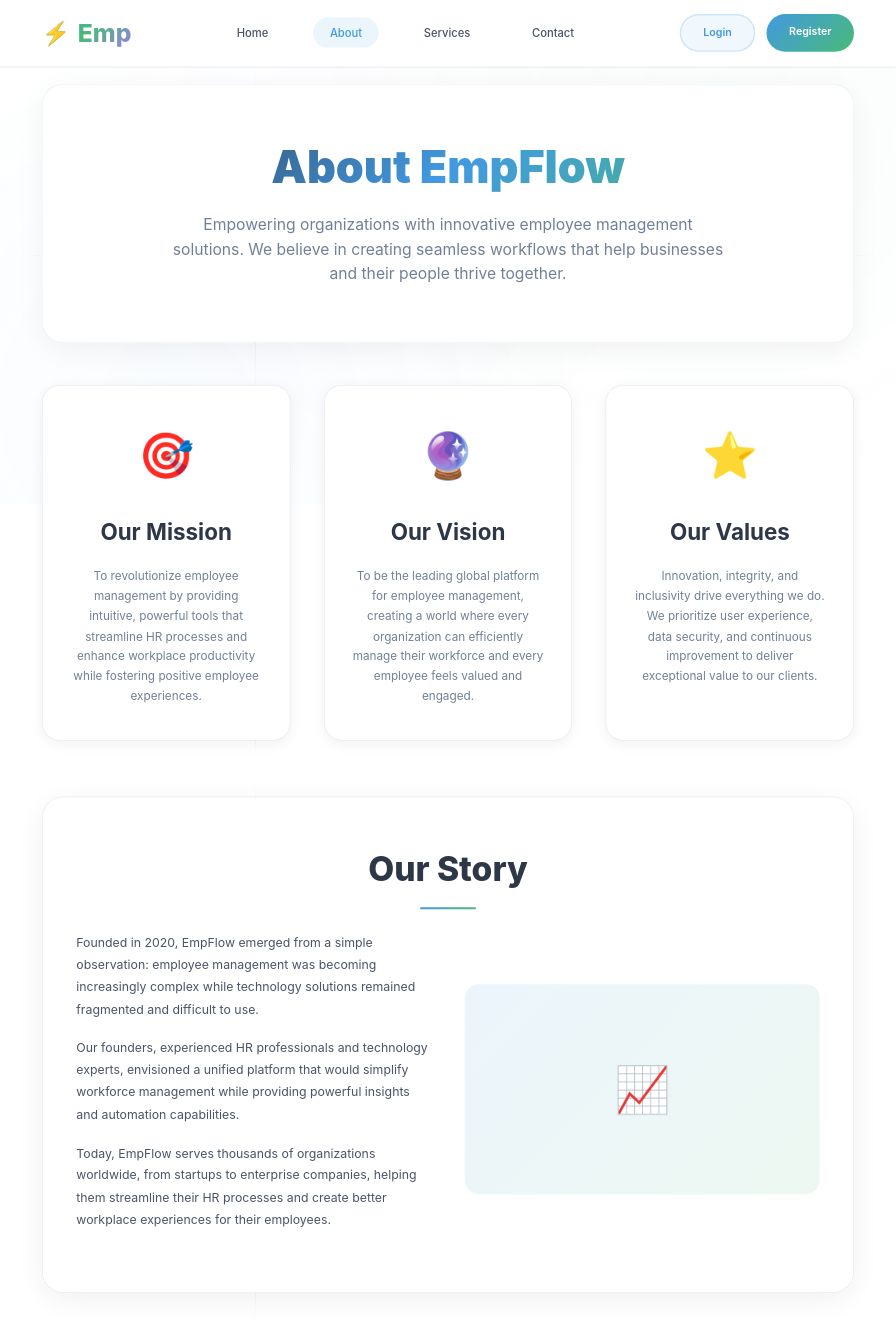
Repository: Shwetannarkhede/EmployeeHub
Page: EmployeeManagemntSystem/src/main/webapp/about.html
The author's editor kept a copy of each file at every save. The page is drawn from the files as they stood at one save, then again after the next save.
The browser window is 1280 px wide. The pictures show the part of the page from y = 0 to 1920 px (the page is 3889 px tall), at 70% of full size.

Above is the page before, as saved 2025-09-22 17:19:47.

### EmployeeManagemntSystem/src/main/webapp/about.html
<!DOCTYPE html>
<html lang="en">
<head>
    <meta charset="UTF-8">
    <meta name="viewport" content="width=device-width, initial-scale=1.0">
    <title>EmpFlow - About Us</title>
    <style>
        * {
            margin: 0;
            padding: 0;
            box-sizing: border-box;
        }

        body {
            font-family: 'Inter', -apple-system, BlinkMacSystemFont, 'Segoe UI', sans-serif;
            line-height: 1.6;
            color: #2d3748;
            background: #ffffff;
            min-height: 100vh;
            position: relative;
            overflow-x: hidden;
        }

        body::before {
            content: '';
            position: fixed;
            top: 0;
            left: 0;
            width: 100%;
            height: 100%;
            background: radial-gradient(circle at 20% 80%, rgba(66, 153, 225, 0.03) 0%, transparent 50%),
                        radial-gradient(circle at 80% 20%, rgba(72, 187, 120, 0.03) 0%, transparent 50%),
                        radial-gradient(circle at 40% 40%, rgba(159, 122, 234, 0.02) 0%, transparent 50%);
            z-index: -1;
        }

        .container {
            max-width: 1200px;
            margin: 0 auto;
            padding: 0 20px;
        }

        /* Header */
        header {
            background: rgba(255, 255, 255, 0.98);
            backdrop-filter: blur(20px);
            border-bottom: 1px solid rgba(226, 232, 240, 0.8);
            padding: 1.2rem 0;
            position: fixed;
            width: 100%;
            top: 0;
            z-index: 1000;
            transition: all 0.3s cubic-bezier(0.4, 0, 0.2, 1);
            box-shadow: 0 1px 3px rgba(0, 0, 0, 0.08);
        }

        nav {
            display: flex;
            justify-content: space-between;
            align-items: center;
        }

        .logo {
            font-size: 2.2rem;
            font-weight: 800;
            color: #2d3748;
            text-decoration: none;
            display: flex;
            align-items: center;
            gap: 0.7rem;
            background: linear-gradient(135deg, #4299e1, #48bb78, #9f7aea);
            -webkit-background-clip: text;
            -webkit-text-fill-color: transparent;
            background-clip: text;
        }

        .logo::before {
            content: "⚡";
            font-size: 2rem;
            -webkit-text-fill-color: #4299e1;
        }

        .nav-links {
            display: flex;
            list-style: none;
            gap: 2.5rem;
        }

        .nav-links a {
            color: #4a5568;
            text-decoration: none;
            transition: all 0.3s ease;
            padding: 0.7rem 1.5rem;
            border-radius: 50px;
            font-weight: 500;
            position: relative;
        }

        .nav-links a::before {
            content: '';
            position: absolute;
            top: 0;
            left: 0;
            width: 100%;
            height: 100%;
            background: linear-gradient(135deg, rgba(66, 153, 225, 0.08), rgba(72, 187, 120, 0.08));
            border-radius: 50px;
            opacity: 0;
            transition: opacity 0.3s ease;
        }

        .nav-links a:hover::before {
            opacity: 1;
        }

        .nav-links a:hover {
            color: #2d3748;
            transform: translateY(-2px);
        }

        .nav-links a.active {
            color: #4299e1;
            background: rgba(66, 153, 225, 0.1);
        }

        .auth-buttons {
            display: flex;
            gap: 1rem;
        }

        .btn-nav {
            padding: 0.8rem 2rem;
            border-radius: 50px;
            text-decoration: none;
            font-weight: 600;
            transition: all 0.3s cubic-bezier(0.4, 0, 0.2, 1);
            border: none;
            cursor: pointer;
            font-size: 0.95rem;
        }

        .btn-login {
            background: rgba(66, 153, 225, 0.08);
            color: #4299e1;
            border: 2px solid rgba(66, 153, 225, 0.2);
        }

        .btn-register {
            background: linear-gradient(135deg, #4299e1, #48bb78);
            color: #fff;
        }

        .btn-nav:hover {
            transform: translateY(-3px);
            box-shadow: 0 10px 25px rgba(0, 0, 0, 0.12);
        }

        /* Main Content */
        main {
            padding-top: 120px;
            padding-bottom: 60px;
        }

        /* Hero Section */
        .about-hero {
            background: #ffffff;
            margin-bottom: 60px;
            border-radius: 30px;
            padding: 5rem 3rem;
            text-align: center;
            border: 1px solid rgba(226, 232, 240, 0.6);
            animation: fadeInUp 1.2s cubic-bezier(0.4, 0, 0.2, 1);
            position: relative;
            overflow: hidden;
            box-shadow: 0 10px 40px rgba(0, 0, 0, 0.05);
        }

        .about-hero::before {
            content: '';
            position: absolute;
            top: 0;
            left: 0;
            width: 100%;
            height: 100%;
            background: linear-gradient(135deg, rgba(66, 153, 225, 0.02), rgba(72, 187, 120, 0.02), rgba(159, 122, 234, 0.01));
            border-radius: 30px;
            z-index: -1;
        }

        .about-hero h1 {
            font-size: 4rem;
            font-weight: 900;
            margin-bottom: 1.5rem;
            background: linear-gradient(135deg, #2d3748, #4299e1, #48bb78);
            -webkit-background-clip: text;
            -webkit-text-fill-color: transparent;
            background-clip: text;
            line-height: 1.2;
        }

        .about-hero p {
            font-size: 1.4rem;
            color: #718096;
            max-width: 800px;
            margin: 0 auto;
            line-height: 1.6;
        }

        /* Mission Vision Values */
        .mvv-section {
            display: grid;
            grid-template-columns: repeat(auto-fit, minmax(350px, 1fr));
            gap: 3rem;
            margin-bottom: 5rem;
        }

        .mvv-card {
            background: #ffffff;
            border-radius: 25px;
            padding: 3rem 2.5rem;
            text-align: center;
            border: 1px solid rgba(226, 232, 240, 0.8);
            transition: all 0.4s cubic-bezier(0.4, 0, 0.2, 1);
            position: relative;
            overflow: hidden;
            box-shadow: 0 5px 20px rgba(0, 0, 0, 0.06);
            animation: fadeInUp 0.8s cubic-bezier(0.4, 0, 0.2, 1);
        }

        .mvv-card::before {
            content: '';
            position: absolute;
            top: -2px;
            left: -2px;
            right: -2px;
            bottom: -2px;
            background: linear-gradient(135deg, #4299e1, #48bb78, #9f7aea);
            border-radius: 25px;
            z-index: -2;
            opacity: 0;
            transition: opacity 0.4s ease;
        }

        .mvv-card::after {
            content: '';
            position: absolute;
            top: 0;
            left: 0;
            right: 0;
            bottom: 0;
            background: #ffffff;
            border-radius: 25px;
            z-index: -1;
        }

        .mvv-card:hover {
            transform: translateY(-10px);
            box-shadow: 0 20px 40px rgba(0, 0, 0, 0.12);
        }

        .mvv-card:hover::before {
            opacity: 1;
        }

        .mvv-icon {
            font-size: 4rem;
            margin-bottom: 2rem;
            display: block;
        }

        .mvv-card h3 {
            font-size: 2rem;
            font-weight: 700;
            margin-bottom: 1.5rem;
            color: #2d3748;
        }

        .mvv-card p {
            color: #718096;
            line-height: 1.7;
            font-size: 1.05rem;
        }

        /* Story Section */
        .story-section {
            background: #ffffff;
            border-radius: 30px;
            padding: 4rem 3rem;
            margin-bottom: 5rem;
            border: 1px solid rgba(226, 232, 240, 0.8);
            box-shadow: 0 10px 40px rgba(0, 0, 0, 0.06);
            animation: fadeInUp 0.8s cubic-bezier(0.4, 0, 0.2, 1) 0.4s both;
        }

        .story-section h2 {
            font-size: 3rem;
            font-weight: 800;
            margin-bottom: 2rem;
            color: #2d3748;
            text-align: center;
        }

        .story-section h2::after {
            content: '';
            display: block;
            width: 80px;
            height: 3px;
            background: linear-gradient(90deg, #4299e1, #48bb78);
            margin: 1rem auto;
            border-radius: 2px;
        }

        .story-content {
            display: grid;
            grid-template-columns: 1fr 1fr;
            gap: 3rem;
            align-items: center;
        }

        .story-text {
            font-size: 1.1rem;
            color: #4a5568;
            line-height: 1.8;
        }

        .story-text p {
            margin-bottom: 1.5rem;
        }

        .story-image {
            background: linear-gradient(135deg, rgba(66, 153, 225, 0.1), rgba(72, 187, 120, 0.1));
            border-radius: 20px;
            height: 300px;
            display: flex;
            align-items: center;
            justify-content: center;
            font-size: 4rem;
            color: #718096;
        }

        /* Team Section */
        .team-section {
            margin-bottom: 5rem;
        }

        .team-section h2 {
            text-align: center;
            font-size: 3rem;
            font-weight: 800;
            margin-bottom: 1rem;
            color: #2d3748;
        }

        .team-subtitle {
            text-align: center;
            color: #718096;
            font-size: 1.2rem;
            margin-bottom: 4rem;
        }

        .team-grid {
            display: grid;
            grid-template-columns: repeat(auto-fit, minmax(300px, 1fr));
            gap: 2.5rem;
        }

        .team-member {
            background: #ffffff;
            border-radius: 20px;
            padding: 2.5rem 2rem;
            text-align: center;
            border: 1px solid rgba(226, 232, 240, 0.8);
            transition: all 0.4s ease;
            box-shadow: 0 5px 20px rgba(0, 0, 0, 0.06);
            animation: fadeInUp 0.8s cubic-bezier(0.4, 0, 0.2, 1);
        }

        .team-member:hover {
            transform: translateY(-8px);
            box-shadow: 0 15px 35px rgba(0, 0, 0, 0.1);
        }

        .member-avatar {
            width: 120px;
            height: 120px;
            border-radius: 50%;
            background: linear-gradient(135deg, #4299e1, #48bb78);
            margin: 0 auto 1.5rem;
            display: flex;
            align-items: center;
            justify-content: center;
            font-size: 3rem;
            color: white;
        }

        .member-name {
            font-size: 1.5rem;
            font-weight: 700;
            color: #2d3748;
            margin-bottom: 0.5rem;
        }

        .member-role {
            color: #4299e1;
            font-weight: 600;
            margin-bottom: 1rem;
        }

        .member-bio {
            color: #718096;
            line-height: 1.6;
            font-size: 0.95rem;
        }

        /* Stats Section */
        .stats-section {
            background: #ffffff;
            border-radius: 30px;
            padding: 4rem 3rem;
            margin-bottom: 4rem;
            border: 1px solid rgba(226, 232, 240, 0.8);
            position: relative;
            overflow: hidden;
            box-shadow: 0 10px 40px rgba(0, 0, 0, 0.06);
            animation: fadeInUp 0.8s cubic-bezier(0.4, 0, 0.2, 1) 0.6s both;
        }

        .stats-section::before {
            content: '';
            position: absolute;
            top: 0;
            left: 0;
            width: 100%;
            height: 100%;
            background: linear-gradient(135deg, rgba(66, 153, 225, 0.02), rgba(72, 187, 120, 0.02));
            z-index: -1;
        }

        .stats-grid {
            display: grid;
            grid-template-columns: repeat(auto-fit, minmax(200px, 1fr));
            gap: 3rem;
            text-align: center;
        }

        .stat-item {
            transition: all 0.3s ease;
        }

        .stat-item:hover {
            transform: scale(1.05);
        }

        .stat-item h3 {
            font-size: 3.5rem;
            font-weight: 900;
            margin-bottom: 0.8rem;
            background: linear-gradient(135deg, #4299e1, #48bb78);
            -webkit-background-clip: text;
            -webkit-text-fill-color: transparent;
            background-clip: text;
        }

        .stat-item p {
            color: #4a5568;
            font-size: 1.2rem;
            font-weight: 600;
        }

        /* Footer */
        footer {
            background: rgba(45, 55, 72, 0.98);
            color: #fff;
            padding: 4rem 0 2rem;
            border-top: 1px solid rgba(226, 232, 240, 0.2);
            margin-top: 5rem;
        }

        .footer-content {
            display: grid;
            grid-template-columns: repeat(auto-fit, minmax(250px, 1fr));
            gap: 3rem;
            margin-bottom: 3rem;
        }

        .footer-section h4 {
            color: #4299e1;
            margin-bottom: 1.5rem;
            font-size: 1.3rem;
            font-weight: 700;
        }

        .footer-section p, .footer-section a {
            color: rgba(255, 255, 255, 0.8);
            text-decoration: none;
            line-height: 2;
            transition: color 0.3s ease;
        }

        .footer-section a:hover {
            color: #48bb78;
        }

        .footer-bottom {
            text-align: center;
            padding-top: 2rem;
            border-top: 1px solid rgba(255, 255, 255, 0.1);
            color: rgba(255, 255, 255, 0.6);
        }

        /* Animations */
        @keyframes fadeInUp {
            from {
                opacity: 0;
                transform: translateY(30px);
            }
            to {
                opacity: 1;
                transform: translateY(0);
            }
        }

        /* Responsive Design */
        @media (max-width: 768px) {
            .nav-links {
                display: none;
            }

            .auth-buttons {
                flex-direction: column;
                gap: 0.5rem;
            }

            .btn-nav {
                padding: 0.7rem 1.5rem;
                font-size: 0.9rem;
            }

            .about-hero {
                padding: 3rem 2rem;
                margin-bottom: 40px;
            }

            .about-hero h1 {
                font-size: 2.5rem;
            }

            .mvv-section {
                grid-template-columns: 1fr;
                gap: 2rem;
            }

            .mvv-card {
                padding: 2.5rem 2rem;
            }

            .story-content {
                grid-template-columns: 1fr;
                gap: 2rem;
            }

            .team-grid {
                grid-template-columns: 1fr;
            }

            .stats-grid {
                grid-template-columns: repeat(2, 1fr);
                gap: 2rem;
            }
        }

        @media (max-width: 480px) {
            .about-hero h1 {
                font-size: 2rem;
            }

            .about-hero p {
                font-size: 1.1rem;
            }

            .mvv-card {
                padding: 2rem 1.5rem;
            }

            .story-section {
                padding: 2.5rem 2rem;
            }

            .stats-grid {
                grid-template-columns: 1fr;
            }
        }
    </style>
</head>
<body>
    <header>
        <nav class="container">
            <a href="/" class="logo">Emp</a>
            <ul class="nav-links">
                <li><a href="/">Home</a></li>
                <li><a href="/about" class="active">About</a></li>
                <li><a href="/services">Services</a></li>
                <li><a href="/contact">Contact</a></li>
            </ul>
            <div class="auth-buttons">
                <a href="login.html" class="btn-nav btn-login">Login</a>
                <a href="register.html" class="btn-nav btn-register">Register</a>
            </div>
        </nav>
    </header>

    <main>
        <div class="container">
            <!-- Hero Section -->
            <section class="about-hero">
                <h1>About EmpFlow</h1>
                <p>Empowering organizations with innovative employee management solutions. We believe in creating seamless workflows that help businesses and their people thrive together.</p>
            </section>

            <!-- Mission, Vision, Values -->
            <section class="mvv-section">
                <div class="mvv-card">
                    <div class="mvv-icon">🎯</div>
                    <h3>Our Mission</h3>
                    <p>To revolutionize employee management by providing intuitive, powerful tools that streamline HR processes and enhance workplace productivity while fostering positive employee experiences.</p>
                </div>

                <div class="mvv-card">
                    <div class="mvv-icon">🔮</div>
                    <h3>Our Vision</h3>
                    <p>To be the leading global platform for employee management, creating a world where every organization can efficiently manage their workforce and every employee feels valued and engaged.</p>
                </div>

                <div class="mvv-card">
                    <div class="mvv-icon">⭐</div>
                    <h3>Our Values</h3>
                    <p>Innovation, integrity, and inclusivity drive everything we do. We prioritize user experience, data security, and continuous improvement to deliver exceptional value to our clients.</p>
                </div>
            </section>

            <!-- Story Section -->
            <section class="story-section">
                <h2>Our Story</h2>
                <div class="story-content">
                    <div class="story-text">
                        <p>Founded in 2020, EmpFlow emerged from a simple observation: employee management was becoming increasingly complex while technology solutions remained fragmented and difficult to use.</p>

                        <p>Our founders, experienced HR professionals and technology experts, envisioned a unified platform that would simplify workforce management while providing powerful insights and automation capabilities.</p>

                        <p>Today, EmpFlow serves thousands of organizations worldwide, from startups to enterprise companies, helping them streamline their HR processes and create better workplace experiences for their employees.</p>
                    </div>
                    <div class="story-image">
                        📈
                    </div>
                </div>
            </section>

            <!-- Team Section -->
            <section class="team-section">
                <h2>Meet Our Team</h2>
                <p class="team-subtitle">The passionate professionals behind EmpFlow</p>

                <div class="team-grid">
                    <div class="team-member">
                        <div class="member-avatar">👨‍💼</div>
                        <h4 class="member-name">XYZ</h4>
                        <p class="member-role">CEO & Co-Founder</p>
                        <p class="member-bio">15+ years in HR technology and business strategy. Passionate about creating solutions that make work life better.</p>
                    </div>

                    <div class="team-member">
                        <div class="member-avatar">👩‍💻</div>
                        <h4 class="member-name">ABC</h4>
                        <p class="member-role">CTO & Co-Founder</p>
                        <p class="member-bio">Expert in scalable software architecture and AI. Leads our technical vision and product development.</p>
                    </div>

                    <div class="team-member">
                        <div class="member-avatar">👨‍🎨</div>
                        <h4 class="member-name">MNQ</h4>
                        <p class="member-role">Head of Product</p>
                        <p class="member-bio">UX specialist focused on creating intuitive interfaces that solve real business problems.</p>
                    </div>

                    <div class="team-member">
                        <div class="member-avatar">👩‍💼</div>
                        <h4 class="member-name">ABC</h4>
                        <p class="member-role">VP of Customer Success</p>
                        <p class="member-bio">Dedicated to ensuring our clients achieve maximum value from the EmpFlow platform.</p>
                    </div>
                </div>
            </section>

            <!-- Stats Section -->
            <section class="stats-section">
                <div class="stats-grid">
                    <div class="stat-item">
                        <h3>10K+</h3>
                        <p>Companies Trust Us</p>
                    </div>
                    <div class="stat-item">
                        <h3>500K+</h3>
                        <p>Employees Managed</p>
                    </div>
                    <div class="stat-item">
                        <h3>99.9%</h3>
                        <p>Uptime Guarantee</p>
                    </div>
                    <div class="stat-item">
                        <h3>50+</h3>
                        <p>Countries Served</p>
                    </div>
                </div>
            </section>
        </div>
    </main>

    <!-- Footer -->
    <footer>
        <div class="container">
            <div class="footer-content">
                <div class="footer-section">
                    <h4>Emp</h4>
                    <p>Empowering organizations with innovative employee management solutions.</p>
                </div>
                <div class="footer-section">
                    <h4>Quick Links</h4>
                    <p><a href="Home.html">Home</a></p>
                    <p><a href="about.html">About</a></p>
                    <p><a href="/services">Services</a></p>
                    <p><a href="contact.html">Contact</a></p>
                </div>
                <div class="footer-section">
                    <h4>Support</h4>
                    <p><a href="/help">Help Center</a></p>
                    <p><a href="/documentation">Documentation</a></p>
                    <p><a href="/api">API Reference</a></p>
                </div>
                <div class="footer-section">
                    <h4>Contact</h4>
                    <p>info@emp.com</p>
                    <p>+91 12345 67890</p>
                    <p>Pimpri, Maharashtra</p>
                </div>
            </div>
            <div class="footer-bottom">
                <p>&copy; 2025 Emp. All rights reserved.</p>
            </div>
        </div>
    </footer>
</body>
</html>

After the next save:
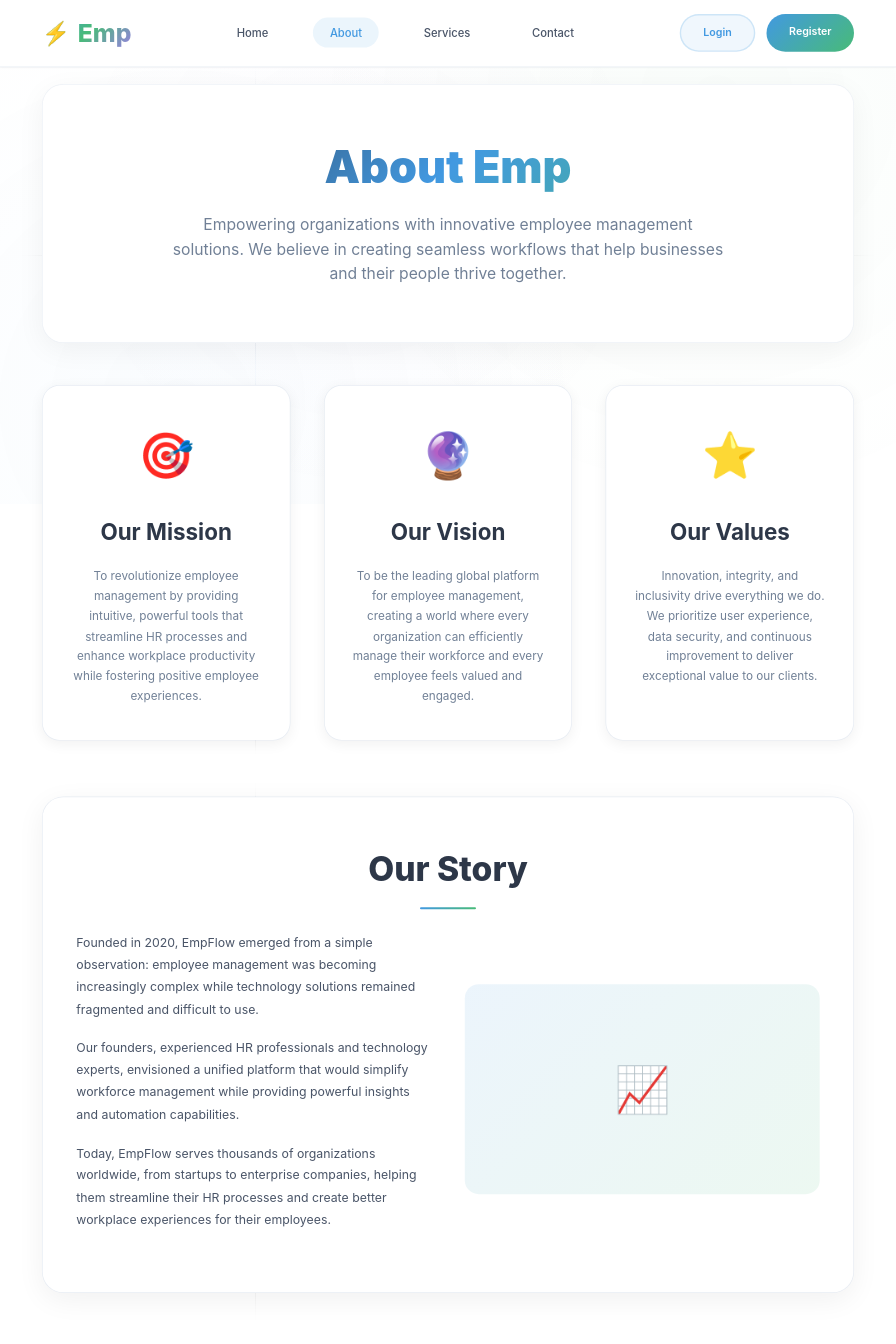
Saved 5 s later.
--- a/EmployeeManagemntSystem/src/main/webapp/about.html
+++ b/EmployeeManagemntSystem/src/main/webapp/about.html
@@ -613,7 +613,7 @@
         <div class="container">
             <!-- Hero Section -->
             <section class="about-hero">
-                <h1>About EmpFlow</h1>
+                <h1>About Emp</h1>
                 <p>Empowering organizations with innovative employee management solutions. We believe in creating seamless workflows that help businesses and their people thrive together.</p>
             </section>
 
